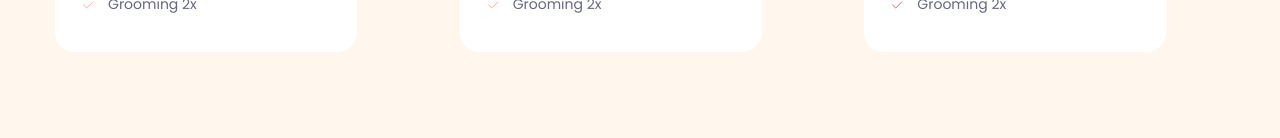
Repository: Cuongquaidan/F8projeact-04
Page: index.html
An editor plug-in stored every save of this project. The page is shown before and after the next save, followed by the edit.
The browser window is 1280 px wide. The pictures show the part of the page from y = 4880 to 5832 px (the page is 5018 px tall before and 5875 px after).
A picture or video elsewhere on the page could not be fetched, so the positions and the page height are approximate.

Above is the page before, as saved 2023-04-17 00:01:45.

After the next save:
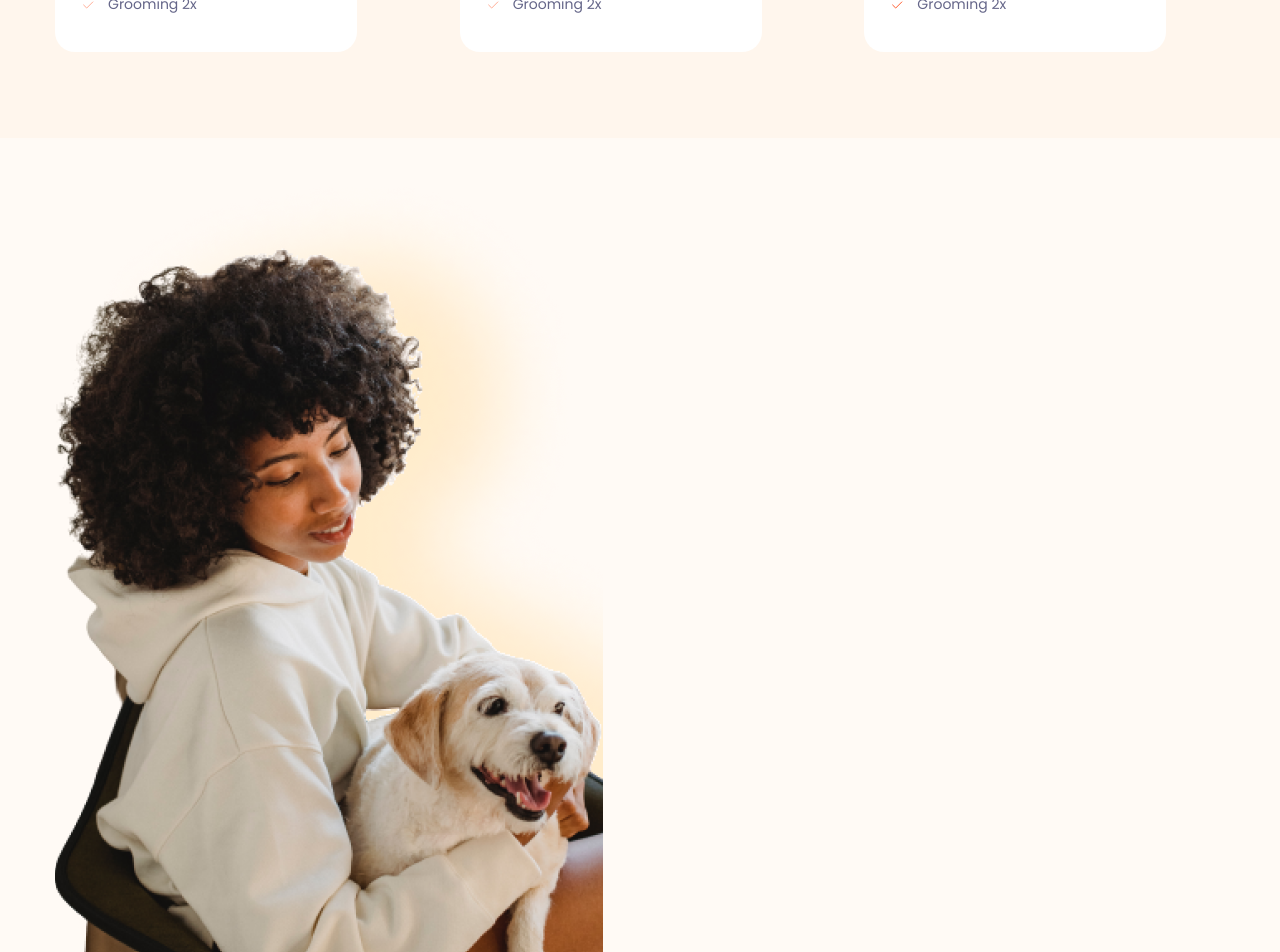
Saved 9 h 51 min later.
--- a/index.html
+++ b/index.html
@@ -375,6 +375,11 @@ So Is Your Pet.
                 </div>
             </div>
         </div>
+        <div class="reviews">
+            <div class="container container__reviews">
+                <figure class="reviews__img-wrap"><img src="./asset/img/reviews__img.png" alt="" class="reviews__img"></figure>
+            </div>
+        </div>
         <script src="./app.js"></script>
     </body>
 </html>
